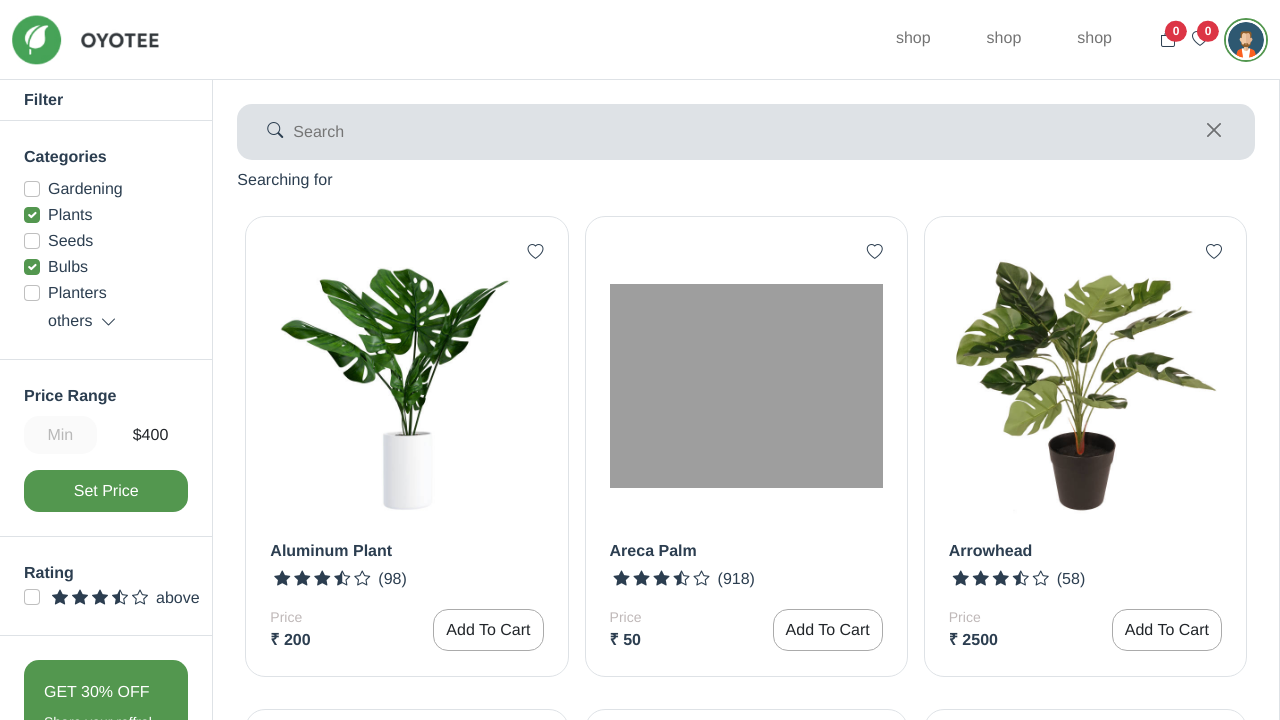
Repository: arpitaWebD/PlantShopping
Page: /
These files come from the project's save history. The page is drawn as it stood at one moment and after the next save; the edit follows.
The browser window is 1280 px wide. The pictures show the whole page.
Pictures or frames that could not be fetched are drawn as grey boxes. An inner scrolling area shows only its first screen. Some web libraries are served in a nearby version. The project was rebuilt for these pictures with package versions that can differ from the ones it lists, and the page was loaded fresh each time. Also part of the build but not shown: src/components/ProductPreview.vue, src/views/AddToCart.vue, src/views/WishList.vue, src/components/Login.vue.

Above is the page before, as saved 2022-01-24 15:07:34.

### index.html
<!DOCTYPE html>
<html lang="en">
<head>
  <meta charset="UTF-8">
  <link rel="icon" href="/favicon.ico" />
  <meta name="viewport" content="width=device-width, initial-scale=1.0">
  <!-- bootstrap -->
  <link href="https://cdn.jsdelivr.net/npm/bootstrap@5.1.3/dist/css/bootstrap.min.css" rel="stylesheet"
    integrity="sha384-1BmE4kWBq78iYhFldvKuhfTAU6auU8tT94WrHftjDbrCEXSU1oBoqyl2QvZ6jIW3" crossorigin="anonymous" />
  <!--icons -->
  <link rel="stylesheet" href="https://cdn.jsdelivr.net/npm/bootstrap-icons@1.7.1/font/bootstrap-icons.css" />
  <link rel="stylesheet" href="./src/index.css">
  <title>Vite App</title>
</head>
<body>
  <div id="app"></div>
  <script src="https://cdn.jsdelivr.net/npm/bootstrap@5.0.2/dist/js/bootstrap.bundle.min.js"
    integrity="sha384-MrcW6ZMFYlzcLA8Nl+NtUVF0sA7MsXsP1UyJoMp4YLEuNSfAP+JcXn/tWtIaxVXM" crossorigin="anonymous"></script>
  <script type="module" src="/src/main.js"></script>
</body>
</html>

### src/index.css
#app {
  font-family: Avenir, Helvetica, Arial, sans-serif;
  -webkit-font-smoothing: antialiased;
  -moz-osx-font-smoothing: grayscale;
  color: #2c3e50;
  height: 100vh;
}

body {
  margin: 0;
  height: 100vh;
}

/* color code */
:root {
  --green: #175b19;
  --secondary-color: #ffc327;
  --light-gray: #f6f6f6;
  --dark-gray: #485853;
  --primary-color: #53974f;
  --dark-green: #08220e;
  --light-green: #abb3a3;
  --brown: #957f65;
}

a {
  text-decoration: none;
  color: #2c3e50;
}

.primary-btn {
  width: 100%;
  border-radius: 15px;
  color: #fff;
  background: #53974f;
  line-height: 1;
  height: 42px;
  text-transform: capitalize;
  display: flex;
  justify-content: center;
  align-items: center;
}

.primary-btn:hover {
  color: #fff;
}

.primary-btn.yellow-btn {
  background: #ffc327;
  color: var(--dark-gray);
}

.secondary-btn {
  width: 100%;
  border-radius: 15px;
  border: 1px solid #ababab;
  line-height: 1;
  height: 42px;
  text-transform: capitalize;
  display: flex;
  justify-content: center;
  align-items: center;
  cursor: pointer;
  font-weight: 500;
}

.secondary-btn:hover,
.secondary-btn.active {
  color: #fff;
  background: #53974f;
}

.secondary-btn:hover a,
.secondary-btn.active a {
  color: #fff;
}

.btn-check:focus+.btn,
.btn:focus {
  box-shadow: none;
}

.form-check-input:checked {
  background-color: #53974f;
  border-color: #53974f;
}

.form-check-input:checked+.form-check-label {
  font-weight: 500;
}

input:focus {
  outline: 0;
}

/* header */
.header {
  height: 80px;
}

.header .logo {
  height: 50px;
}

.n-links li {
  color: #ababab;
  height: 100%;
  display: flex;
  align-items: center;
  margin-right: 40px;
  cursor: pointer;
  border-bottom: 3px solid transparent;
}

.n-links li.active {
  color: #000;
  border-bottom: 3px solid #53974f;
}

.cart-icon {
  position: relative;
  cursor: pointer;
}

.cart-icon .cart-badge {
  position: absolute;
  background: #dc3545;
  color: #fff;
  border-radius: 100%;
  height: 17px;
  width: 17px;
  font-size: 10px;
  display: flex;
  align-items: center;
  justify-content: center;
  right: -5px;
  bottom: 0;
  border: 2px solid #fff;
}

.avatar-icon {
  border: 2px solid #53974f;
  border-radius: 100%;
}

.avatar-icon img {
  border: 2px solid #fff;
  border-radius: 100%;
}

/* left sidebar */
.left-sidebar .left-sidebar-header {
  text-transform: capitalize;
  font-weight: 600;
  text-align: left;
  display: block;
}

.disable-btn {
  background: #fafafa;
  border-radius: 15px;
  display: flex;
  justify-content: center;
  align-items: center;
  text-transform: capitalize;
  color: #b8b8b8;
}

.discount-card {
  background-color: #53974f;
  border-radius: 15px;
  padding: 20px;
  color: #fff;
}

.discount-card .title {
  font-weight: 500;
  text-transform: uppercase;
}

.sub-title {
  font-size: 14px;
}

/* main */
.search-icon {
  border-radius: 15px;
  background: #dee2e6;
  padding: 15px 30px;
}

.search-icon-round {
  border-radius: 15px 15px 0 0;
}

.search-icon input {
  background-color: transparent;
}

.product-card {
  border: 1px solid #ababab;
  border-radius: 20px;
  position: relative;
  background-color: #fff;
  cursor: pointer;
}

.product-card img {
  height: 290px;
  width: 100%;
  object-fit: contain;
}

.add-product img {
  height: 90px;
}

.product-card .img-section {
  position: relative;
}

.product-card .img-section .like-icon {
  position: absolute;
  right: 0;
  top: 0;
}

.like-icon {
  cursor: pointer
}

.product-card .price-name {
  color: #bfb8b8;
  font-size: 14px;
}

/* right0sidebar */
.right-sidebar {
  position: relative;
  height: 100%;
}

.rs-footer {
  position: absolute;
  bottom: 0;
  width: calc(100% - 3rem);
  background: #fff;
}

.right-sidebar .main-title {
  font-size: 22px;
  font-weight: 500;
  text-transform: capitalize;
  white-space: nowrap;
  overflow: hidden;
  text-overflow: ellipsis;
}
.right-sidebar .img-section {
  height: 200px;
}
.right-sidebar .main-subtitle {
  font-size: 14px;
  color: #ababb8;
  line-height: 16px;
  white-space: nowrap;
  overflow: hidden;
  text-overflow: ellipsis;
}

.tab {
  text-transform: capitalize;
  text-align: center;
  border-bottom: 3px solid transparent;
  cursor: pointer;
  padding-bottom: 10px;
}

.tab-active {
  border-bottom: 3px solid #53974f;
}

.rs-img-section {
  position: relative;
}

.rs-close {
  right: 0;
  top: 10px;
  background: #fafafa;
  height: 30px;
  width: 30px;
  border-radius: 7px;
  display: flex;
  justify-content: center;
  align-items: center;
  position: absolute;
  cursor: pointer;
}

.rs-slider .rs-slider-img {
  height: 50px;
  width: 50px;
  display: flex;
  align-items: center;
  justify-content: center;
  justify-content: space-between;
  border-radius: 10px;
}

.rs-slider-img img {
  object-fit: cover;
  height: 100%;
  width: 100%;
  border-radius: 10px;
}

.hidden {
  display: none;
}

.modal-new {
  left: 50%;
  top: 50%;
  z-index: 2;
  background: #fff;
  transform: translate(-50%, -50%);
  padding: 30px;
  border-radius: 30px;
  position: absolute;
}

.overlay {
  width: 100vw;
  height: 100vh;
  background: #0a0a0a9c;
  z-index: 1;
  position: absolute;
  inset: 0;
}

.close-modal {
  border: none;
  background: transparent;
  position: absolute;
  right: 10px;
  font-size: 50px;
  top: -10px;
}

.search-menu {
  position: relative;
}

.search-dropdown {
  position: absolute;
  background: #fff;
  width: 100%;
  z-index: 1;
}

.search-dropdown ul li {
  padding: 10px;
  cursor: pointer;
}

.search-dropdown ul li:hover {
  background: #e1e1e1;
}

.search-dropdown ul li:not(:last-child) {
  border-bottom: 1px solid #dee2e6;
}

.search-dropdown ul li:last-child {
  border-radius: 0 0 15px 15px;
}

.search-dropdown ul {
  box-shadow: 0 4px 5px #0000006b;
  border-radius: 0 0 15px 15px;
}

.product-detail {
  height: calc(100% - 100px);
  overflow: auto;
}

.addCart-card {
  height: calc(100% - 80px);
  overflow: hidden;
}

.fav-icon {
  color: #dc3545;
}

@media screen and (max-width: 767px) {
  .product-card img {
    height: 290px;
    width: 100%;
    max-height: 200px;
    max-width: 100%;
    object-fit: contain;
  }

  img.logo {
    height: 48px;
  }

  .navbar-collapse {
    position: absolute;
    top: 80px;
    left: 0px;
    width: 100%;
    background: rgb(248, 249, 250);
    z-index: 1;
    box-shadow: rgba(50, 50, 93, 0.25) 0px 6px 12px -2px, rgba(0, 0, 0, 0.3) 0px 3px 7px -3px;
  }

  .addCart-card img {
    width: 100%;
  }
}

### src/App.vue
<template>
  <Navbar />
  <router-view />
</template>

<script>
import Navbar from "./components/Navbar.vue";
export default {
  components: {
    Navbar,
  },
};
</script>

### src/components/Navbar.vue
<template>
  <nav class="navbar navbar-expand-md navbar-light border-bottom header">
    <div class="container-fluid">
      <a class="navbar-brand" href="#">
        <router-link :to="{ name: 'Home' }">
          <img src="../assets/logo.png" alt="logo" class="logo" />
        </router-link>
      </a>
      <button
        class="navbar-toggler"
        type="button"
        data-bs-toggle="collapse"
        data-bs-target="#navbarNavAltMarkup"
      >
        <span class="navbar-toggler-icon"></span>
      </button>
      <div
        class="collapse navbar-collapse justify-content-md-end justify-content-center"
        id="navbarNavAltMarkup"
      >
        <div class="navbar-nav">
          <ul
            class="d-flex flex-column flex-md-row list-unstyled mb-0 h-100 align-items-center n-links"
          >
            <li class="nav-link">shop</li>
            <li class="nav-link">shop</li>
            <li class="nav-link">shop</li>
          </ul>
        </div>
        <div class="d-flex justify-content-center align-items-center">
          <div class="dropdown">
            <router-link :to="{ name: 'AddCart' }">
              <div class="me-3 cart-icon">
                <i class="bi bi-bag fa-2x"></i>
                <span
                  class="position-absolute bottom-0 start-100 translate-middle badge rounded-pill bg-danger"
                  >{{ cart.length }}</span
                >
              </div>
            </router-link>
          </div>
          <div class="me-3">
            <router-link :to="{ name: 'WishList' }">
              <div class="cart-icon">
                <i class="bi bi-heart fa-2x"></i>
                <span
                  class="position-absolute bottom-0 start-100 translate-middle badge rounded-pill bg-danger"
                  >{{ wishList.length }}</span
                >
              </div>
            </router-link>
          </div>
          <div class="avatar-icon">
            <img src="../assets/avatar.png" alt="avatar" width="40" />
          </div>
        </div>
      </div>
    </div>
  </nav>
</template>

<script>
import { mapState, mapMutations } from "vuex";
export default {
  computed: {
    ...mapState(["products", "cart", "wishList"]),
  },
};
</script>

### src/views/Home.vue
<template>
  <div class="addCart-card row p-0 m-0 flex-grow-1 main">
    <!-- <Login /> -->
    <LeftSidebar />
    <ProductView />
  </div>
</template>

<script>
import ProductView from "../views/ProductView.vue";
import LeftSidebar from "../views/LeftSidebar.vue";
// import Login from "../components/Login.vue";
export default {
  name: "Home",
  components: {
    ProductView,
    LeftSidebar,
  },
};
</script>

### src/views/ProductView.vue
<template>
  <div class="col-lg-9 col-xl-10 col-md-8 p-0 h-100">
    <div class="row m-0 h-100">
      <div
        class="border-end p-4 h-100 overflow-auto"
        :class="[showPreview ? 'col-md-7 col-lg-8' : 'col-lg-12 col-md-12']"
      >
        <Search :searchItem="searchItem" />
        Searching for <b>{{ search }}</b>
        <div class="row g-3 m-0">
          <div
            class="col-sm-12"
            :class="[
              showPreview
                ? 'col-md-12 col-xl-6 col-xxl-4'
                : 'col-md-6 col-lg-4',
            ]"
            v-for="(product, index) in filterProduct"
            :key="index"
          >
            <Product :products="product" />
          </div>
        </div>
      </div>
      <div class="col-md-5 col-lg-4 p-0" v-show="showPreview">
        <ProductPreview
          v-for="productPreview in productPreviews"
          :key="productPreview.id"
          :productPreviews="productPreview"
        />
      </div>
    </div>
  </div>
</template>

<script>
import Product from "../components/Product.vue";
import ProductPreview from "../components/ProductPreview.vue";
import Search from "../components/Search.vue";
import { mapMutations, mapState, mapGetters } from "vuex";
export default {
  components: {
    Product,
    ProductPreview,
    Search,
  },
  data() {
    return {
      search: "",
    };
  },
  computed: {
    ...mapState(["products", "showPreview", "productPreviews"]),
    ...mapGetters(["getProduct"]),

    filterProduct() {
      // console.log(search);
      return this.products.filter((product) => {
        var productName = product.name.toLowerCase();
        var searchName = this.search.toLowerCase();
        return productName.includes(searchName);
      });
    },
  },
  methods: {
    ...mapMutations(["productPreview"]),
    searchItem(search) {
      this.search = search;
      console.log(search);
      return search;
    },
  },
};
</script>

### src/views/LeftSidebar.vue
<template>
  <div class="col-md-4 col-lg-3 col-xl-2 p-0 border-end left-sidebar h-100">
    <div class="border-bottom px-4 py-2">
      <span class="left-sidebar-header">filter</span>
    </div>
    <div class="border-bottom p-4">
      <span class="left-sidebar-header">categories</span>
      <div class="mt-2">
        <div>
          <div class="form-check">
            <input
              class="form-check-input"
              type="checkbox"
              value=""
              id="flexCheckDefault"
            />
            <label class="form-check-label" for="flexCheckDefault">
              Gardening
            </label>
          </div>
          <div class="form-check">
            <input
              class="form-check-input"
              type="checkbox"
              value=""
              id="flexCheckChecked"
              checked
            />
            <label class="form-check-label" for="flexCheckChecked">
              Plants
            </label>
          </div>
          <div class="form-check">
            <input
              class="form-check-input"
              type="checkbox"
              value=""
              id="flexCheckDefault1"
            />
            <label class="form-check-label" for="flexCheckDefault1">
              Seeds
            </label>
          </div>
          <div class="form-check">
            <input
              class="form-check-input"
              type="checkbox"
              value=""
              id="flexCheckChecked2"
              checked
            />
            <label class="form-check-label" for="flexCheckChecked2">
              Bulbs
            </label>
          </div>

          <div class="form-check">
            <input
              class="form-check-input"
              type="checkbox"
              value=""
              id="flexCheckDefault3"
            />
            <label class="form-check-label" for="flexCheckDefault3">
              Planters
            </label>
          </div>
        </div>
        <div class="d-flex align-items-center ms-4">
          <span>others</span>
          <span class="d-flex mt-1 ms-2"
            ><i class="bi bi-chevron-down"></i
          ></span>
        </div>
      </div>
    </div>
    <div class="border-bottom p-4">
      <span class="left-sidebar-header">Price range</span>
      <div class="mt-2 d-flex mb-3">
        <div class="w-50 me-3 disable-btn">min</div>
        <div class="w-50 btn secoudary-btn">$400</div>
      </div>
      <div>
        <button class="btn primary-btn" type="button">set price</button>
      </div>
    </div>
    <div class="border-bottom p-4">
      <span class="left-sidebar-header">Rating</span>
      <div class="d-flex align-items-center">
        <div class="form-check">
          <input
            class="form-check-input"
            type="checkbox"
            value=""
            id="flexCheckDefault"
          />
        </div>
        <div class="d-flex">
          <span class="ms-1"><i class="bi bi-star-fill"></i></span>
          <span class="ms-1"><i class="bi bi-star-fill"></i></span>
          <span class="ms-1"><i class="bi bi-star-fill"></i></span>
          <span class="ms-1"><i class="bi bi-star-half"></i></span>
          <span class="ms-1"><i class="bi bi-star"></i></span>
        </div>
        <div class="ms-2">above</div>
      </div>
    </div>
    <div class="p-4">
      <div class="discount-card d-flex flex-column">
        <span class="title">Get 30% off</span>
        <span class="sub-title my-2">
          Share your reffral code and get discount!
        </span>
        <button class="btn primary-btn yellow-btn" type="button">share</button>
      </div>
    </div>
  </div>
</template>

<script>
export default {};
</script>

<style></style>

### src/components/Product.vue
<template>
  <div class="product-card p-4 border my-2">
    <div class="img-section text-center">
      <img
        :src="products.url"
        alt="product img"
        @click="productPreview(products)"
      />
      <div class="like-icon" @click="addToWishlist(products)">
        <i
          class="bi"
          :class="[
            !products.likeProductq ? 'bi-heart' : 'bi-heart-fill fav-icon',
          ]"
        ></i>
      </div>
    </div>
    <div class="mt-2">
      <div class="text-start fw-bold">
        {{ products.name }}
      </div>
      <div class="d-flex mt-1">
        <div class="d-flex">
          <span class="ms-1"><i class="bi bi-star-fill"></i></span>
          <span class="ms-1"><i class="bi bi-star-fill"></i></span>
          <span class="ms-1"><i class="bi bi-star-fill"></i></span>
          <span class="ms-1"><i class="bi bi-star-half"></i></span>
          <span class="ms-1"><i class="bi bi-star"></i></span>
        </div>
        <span class="ms-2">({{ products.reviewCount }})</span>
      </div>
    </div>
    <div class="d-flex align-items-center justify-content-between mt-3">
      <div class="d-flex flex-column">
        <span class="price-name">Price</span>
        <span
          ><b>₹ {{ products.price }}</b></span
        >
      </div>
      <div>
        <button
          class="btn secondary-btn"
          type="button"
          @click="addToCart(products)"
        >
          Add to cart
        </button>
      </div>
    </div>
  </div>
</template>

<script>
import { mapState, mapMutations } from "vuex";
export default {
  computed: {
    ...mapState(["products", "cart", "wishList", "wishlistProductt"]),
  },
  methods: {
    ...mapMutations([
      "addToCart",
      "likeProduct",
      "addToWishlist",
      "productPreview",
    ]),
  },
  props: ["products"],
};
</script>

### src/components/Search.vue
<template>
  <div class="search-menu mb-2">
    <div class="d-flex search-icon" :class="{ 'search-icon-round': modal }">
      <span class="me-2"><i class="bi bi-search"></i></span>
      <input
        type="text"
        placeholder="Search"
        v-model="search"
        class="flex-grow-1 border-0"
        @input="searchItem(search)"
        @focus="modal = true"
      />
      <button
        type="button"
        class="btn-close btn-sm btn"
        aria-label="Close"
        @click="close()"
      ></button>
    </div>
    <!--        <div v-if="filterdState && modal" class="search-dropdown">-->
    <!--            <ul v-if="filterdState.length" class="list-unstyled mb-0">-->
    <!--                <li-->
    <!--                        v-for="filterdState in filterdState"-->
    <!--                        :key="filterdState.id"-->
    <!--                        @click="setState(filterdState)"-->
    <!--                >-->
    <!--                    <div class="row">-->
    <!--                        <div class="col-2 d-flex justify-content-center align-items-center">-->
    <!--                            <img :src="filterdState.url" height="80" class="rounded-3" />-->
    <!--                        </div>-->
    <!--                        <div class="d-flex flex-column col-10">-->
    <!--                            <span class="fw-bold">{{ filterdState.name }}</span>-->
    <!--                            <span> {{ filterdState.shortdesc }}</span>-->
    <!--                            <span class="fw-bold">₹ {{ filterdState.price }}</span>-->
    <!--                        </div>-->
    <!--                    </div>-->
    <!--                </li>-->
    <!--            </ul>-->
    <!--            <ul v-else class="list-unstyled mb-0">-->
    <!--                <li class="text-center fw-bold">No results...</li>-->
    <!--            </ul>-->
    <!--        </div>-->
  </div>
</template>

<script>
import { mapGetters, mapState, mapMutations } from "vuex";
export default {
  data() {
    return {
      search: "",
    };
  },
  props: {
    searchItem: Function,
  },
  computed: {},
};
</script>

Loaded but not shown: src/main.js (214 lines, source omitted); src/router.js (35 lines, source omitted)

After the next save:
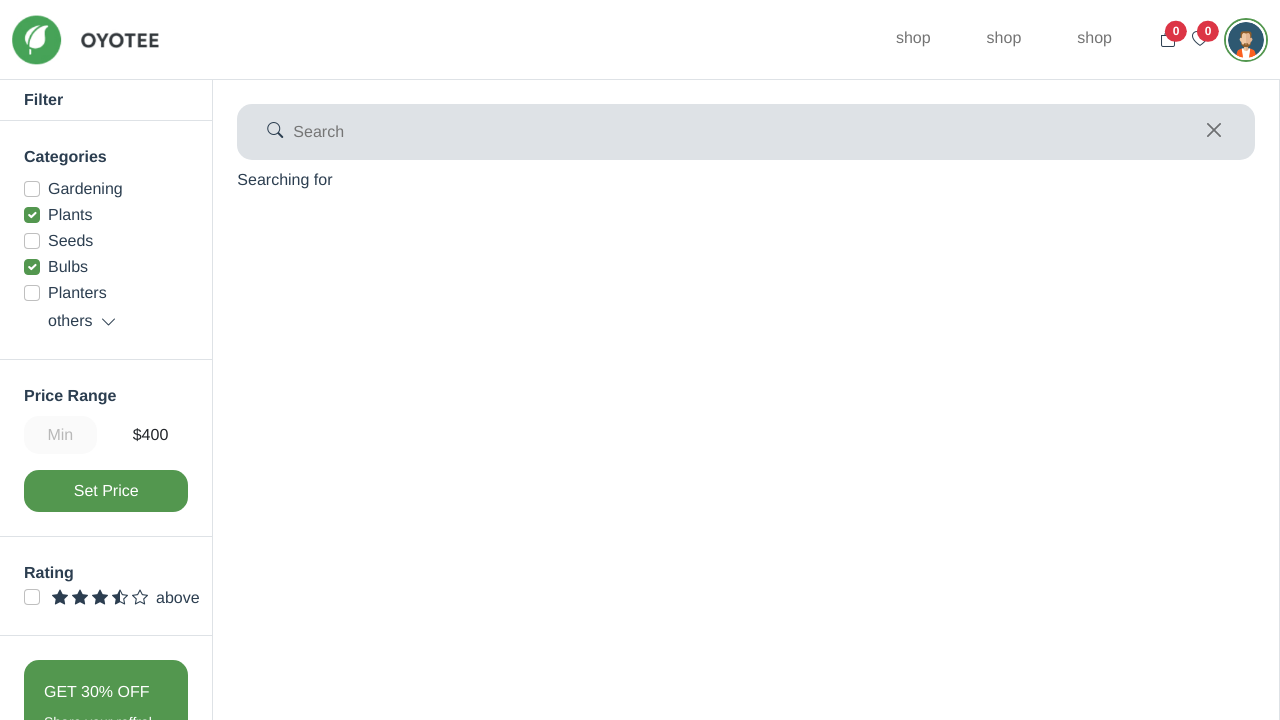
Saved 36 s later.
--- a/src/views/ProductView.vue
+++ b/src/views/ProductView.vue
@@ -52,7 +52,14 @@
   computed: {
     ...mapState(["products", "showPreview", "productPreviews"]),
     ...mapGetters(["getProduct"]),
-
+  },
+  methods: {
+    ...mapMutations(["productPreview"]),
+    searchItem(search) {
+      this.search = search;
+      console.log(search);
+      return search;
+    },
     filterProduct() {
       // console.log(search);
       return this.products.filter((product) => {
@@ -62,13 +69,5 @@
       });
     },
   },
-  methods: {
-    ...mapMutations(["productPreview"]),
-    searchItem(search) {
-      this.search = search;
-      console.log(search);
-      return search;
-    },
-  },
 };
 </script>

After the 2 saves that followed:
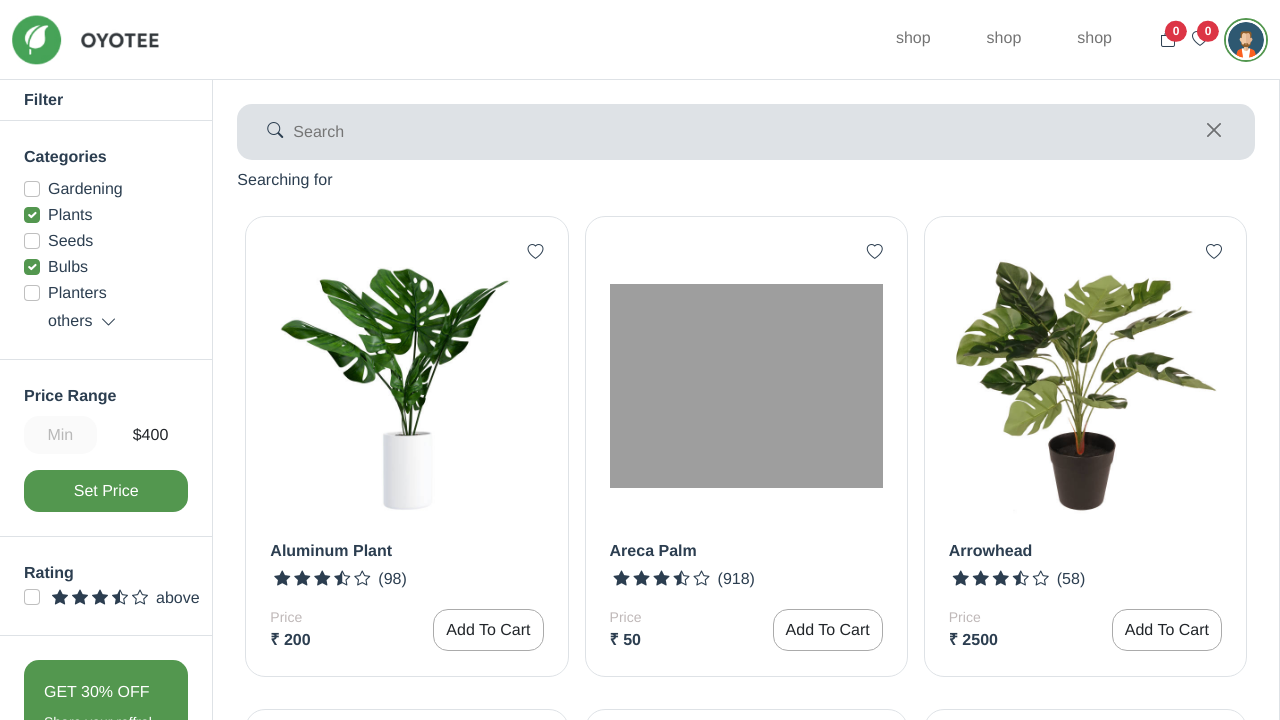
The 2 saves are shown as one change because they came seconds apart.
The last was saved 8 s later.
--- a/src/views/ProductView.vue
+++ b/src/views/ProductView.vue
@@ -52,6 +52,14 @@
   computed: {
     ...mapState(["products", "showPreview", "productPreviews"]),
     ...mapGetters(["getProduct"]),
+
+    filterProduct() {
+      return this.products.filter((product) => {
+        var productName = product.name.toLowerCase();
+        var searchName = this.search.toLowerCase();
+        return productName.includes(searchName);
+      });
+    },
   },
   methods: {
     ...mapMutations(["productPreview"]),
@@ -60,14 +68,6 @@
       console.log(search);
       return search;
     },
-    filterProduct() {
-      // console.log(search);
-      return this.products.filter((product) => {
-        var productName = product.name.toLowerCase();
-        var searchName = this.search.toLowerCase();
-        return productName.includes(searchName);
-      });
-    },
   },
 };
 </script>
